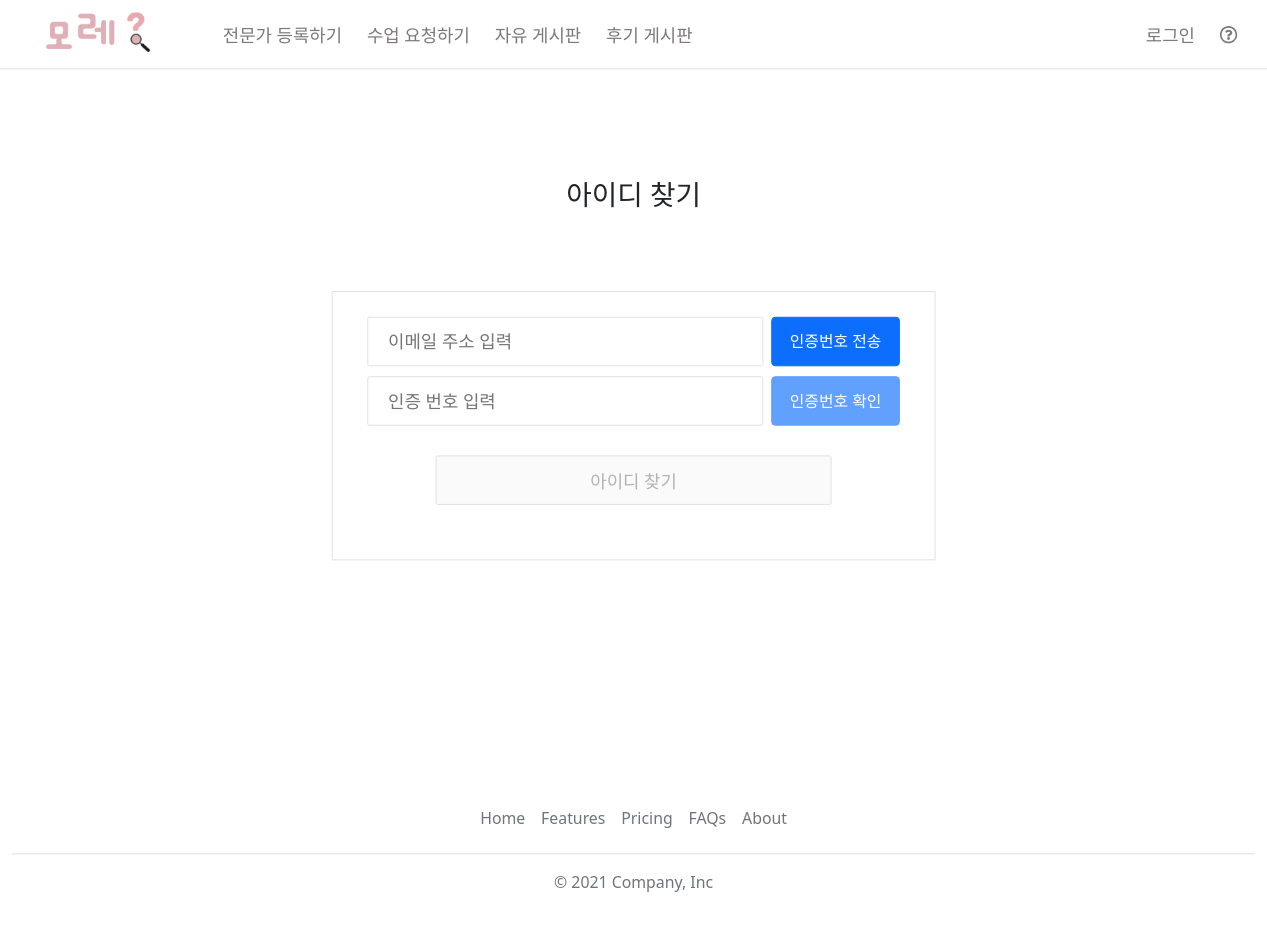
Repository: isssson/MVC2_more
Page: http://localhost/more/WEB-INF/views/member/findId.jsp
An editor plug-in stored every save of this project. The page is shown before and after the next save, followed by the edit.
The browser window is 1280 px wide. The pictures show the whole page, at 99% of full size.
Some web libraries are served in a nearby version. The page is served by Tomcat 9. Nobody is signed in. The template is opened directly, without the code that normally fills it, so the values that code supplies are empty.

Above is the page before, as saved 2021-12-11 10:45:11.

After the next save:
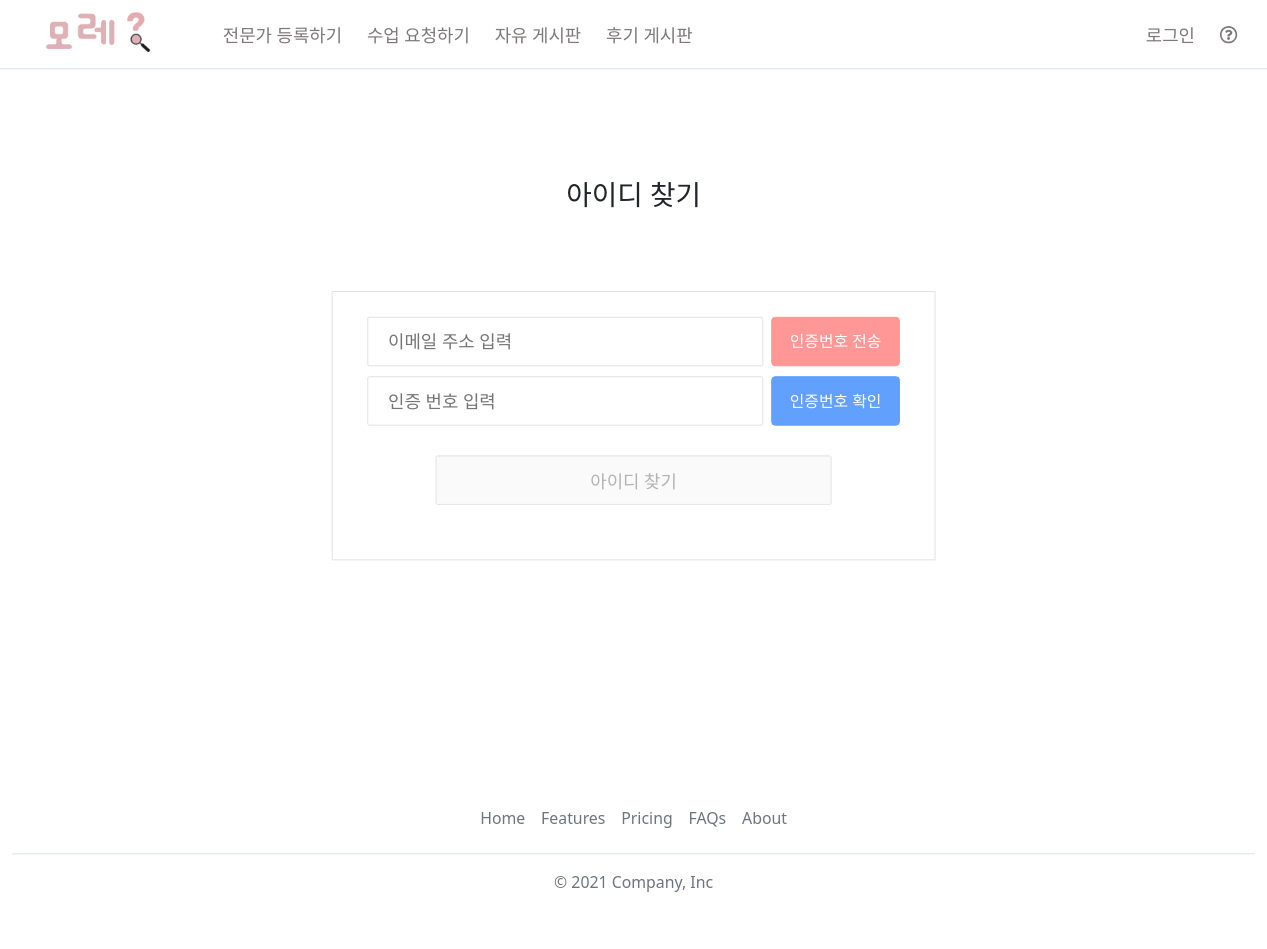
Saved 7 min 17 s later.
--- a/more/src/main/webapp/WEB-INF/views/member/findId.jsp
+++ b/more/src/main/webapp/WEB-INF/views/member/findId.jsp
@@ -37,6 +37,14 @@
      height:50px;
      font-size:16px;
    }
+   .btn-primary{
+	background-color: #ff9797;
+	border-color: #ff9797;
+}
+.btn-primary:hover{
+	background-color: #ff9797;
+	border-color: #ff9797;
+}
 </style>
 <title>모레-아이디 찾기</title>
 </head>
